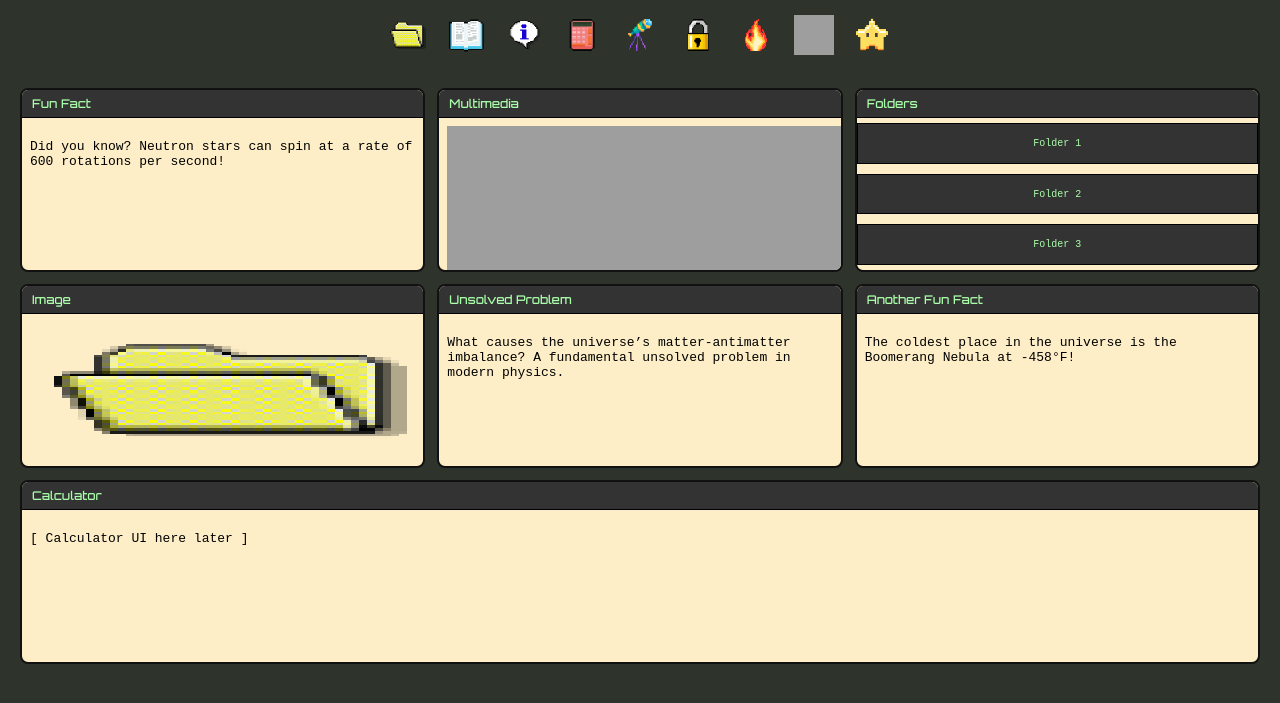
Repository: scarfer14/CCPHYS2L_Project
Page: /dashboard
The author's editor kept a copy of each file at every save. The page is drawn from the files as they stood at one save, then again after the next save.
The browser window is 1280 px wide. The pictures show the whole page.
Pictures or frames that could not be fetched are drawn as grey boxes. The project was rebuilt for these pictures with package versions that can differ from the ones it lists, and the page was loaded fresh each time. Also part of the build but not shown: vite.config.js, src/astartsc/start.jsx.

Above is the page before, as saved 2025-05-28 23:30:37.

### index.html
<!doctype html>
<html lang="en">
  <head>
    <meta charset="UTF-8" />
    <link rel="icon" type="image/svg+xml" href="/gal.png" />
    <meta name="viewport" content="width=device-width, initial-scale=1.0" />
    <title>Physics Blast</title>
  </head>
  <link href="https://fonts.googleapis.com/css2?family=Orbitron:wght@500&family=Press+Start+2P&display=swap" rel="stylesheet">
  <body>
    <div id="root"></div>
    <script type="module" src="/src/main.jsx"></script>
  </body>
</html>

### src/index.css
:root {
  font-family: 'Press Start 2P', monospace;
  background-color: #2e342b;
  margin: 0;
  padding: 0;
  box-sizing: border-box;
}

body, html {
  margin: 0;
  padding: 0;
  width: 100%;
  height: 100%;
}

### src/App.jsx
import React from 'react';
import { BrowserRouter as Router, Routes, Route } from 'react-router-dom';

import Start from './astartsc/start';
import Dash from './bdashsc/dashnavbar';
import Dashbody from './bdashsc/dashbody';

function Unlock() {
  return (
    <div>
      <Start />
    </div>
  );
}

function Dashboard() {
  return (
    <div>
      <Dash />
      <Dashbody />
    </div>
  );
}

function App() {
  return (
    <Router>
      <Routes>
        <Route path="/" element={<Unlock />} />
        <Route path="/unlock" element={<Unlock />} />
        <Route path="/dashboard" element={<Dashboard />} />
      </Routes>
    </Router>
  );
}

export default App;

### src/bdashsc/dashnavbar.jsx
import React from 'react';
import { useNavigate } from 'react-router-dom';
import './dashnavbar.css';

const icons = [
  'folder', 'book', 'email', 'calc', 'cat',
  'lock', 'fire', 'info', 'star'
];

export default function DashNavbar() {
  return (
    <div className="dash-navbar">
      {icons.map((icon, index) => (
        <button key={index} className="icon-button" title={icon}>
          <img src={`/assets/icons/${icon}.png`} alt={icon} />
        </button>
      ))}
    </div>
  );
}

### src/bdashsc/dashbody.jsx
import React from 'react';
import './dashbody.css';

export default function DashBody() {
  return (
    <div className="dashboard-content">

      <div className="tab fun-fact">
        <div className="tab-header">Fun Fact</div>
        <p>Did you know? Neutron stars can spin at a rate of 600 rotations per second!</p>
      </div>

      <div className="tab multimedia">
        <div className="tab-header">Multimedia</div>
        <iframe
          src="https://www.youtube.com/embed/pSHVbLPWA28"
          title="Physics Video"
          allowFullScreen
        ></iframe>
      </div>

      <div className="tab folders">
        <div className="tab-header">Folders</div>
        <button>Folder 1</button>
        <button>Folder 2</button>
        <button>Folder 3</button>
      </div>

      <div className="tab image">
        <div className="tab-header">Image</div>
        <img src="/assets/icons/folder.png" alt="Sample" />
      </div>

      <div className="tab physics-problem">
        <div className="tab-header">Unsolved Problem</div>
        <p>
          What causes the universe’s matter-antimatter imbalance? A fundamental unsolved problem in modern physics.
        </p>
      </div>

      <div className="tab fun-fact-2">
        <div className="tab-header">Another Fun Fact</div>
        <p>The coldest place in the universe is the Boomerang Nebula at -458°F!</p>
      </div>

      <div className="tab calculator">
        <div className="tab-header">Calculator</div>
        <p>[ Calculator UI here later ]</p>
      </div>

    </div>
  );
}

### src/astartsc/start.css
/* Import pixel font */
@import url('https://fonts.googleapis.com/css2?family=Press+Start+2P&display=swap');

body {
  margin: 0;
  background: #2e342b;
  font-family: 'Press Start 2P', monospace;
}

/* Fullscreen CRT screen */
.screen {
  width: 100vw;
  height: 100vh;
  background-color: #2e342b;
  padding: 40px; /* simulates the border spacing */
  display: flex;
  flex-direction: column;
  align-items: center;
  justify-content: center;
  box-shadow:
    0 0 60px 20px rgba(0, 0, 0, 0.6),         /* outer soft black glow */
    inset 0 0 200px rgba(0, 0, 0, 0.9),       /* deep vignette */
    inset 0 0 80px rgba(0, 0, 0, 0.7);        /* soft black inner edge */
  position: relative;
  text-align: center;
  box-sizing: border-box;
  overflow: hidden;
  border-radius: 12px; /* Optional CRT curve */
}

/* Text styling */
.welcome {
  color: #99ff99;
  margin-bottom: 10px;
  font-size: 20px;
  margin-bottom: 25px;
}

.title {
  color: #99ff99;
  font-size: 80px;
  line-height: 1.2;
  margin-bottom: 20px;
}

/* Retro button */
.unlock-btn {
  font-size: 15px;
  background-color: transparent;
  color: #aaffaa;
  border: 1px solid #aaffaa;
  padding: 6px 12px;
  cursor: pointer;
  margin-top: 100px;
  animation: blink 1s infinite alternate;
  font-family: 'Press Start 2P', monospace;
}

.unlock-btn:hover {
  background-color: #333;
}

@keyframes blink {
  from { opacity: 5; }
  to { opacity: 0.4; }
}

### src/bdashsc/dashnavbar.css
.dash-navbar {
  background-color: #2e342b;
  padding: 6px 10px;
  display: flex;
  justify-content: center; /* Centers the icons horizontally */
  gap: 10px;
  align-items: center;
}

.icon-button {
  background: transparent;
  border: transparent;
  padding: 4px;
  cursor: pointer;
  transition: transform 0.1s ease-in-out;
}

.icon-button:hover {
  transform: scale(1.1);
  filter: brightness(1.3);
}

.icon-button img {
  margin-top: 5px;
  width: 40px;
  height: 40px;
  image-rendering: pixelated; /* keeps pixel art look */
}

### src/bdashsc/dashbody.css

.dashboard-content {
  display: flex;
  flex-wrap: wrap;
  justify-content: center;
  padding: 20px;
  gap: 12px;

}

.tab {
  background-color: #fdeec7;
  border: 2px solid #111;
  color: #000000;
  font-family: monospace;
  padding: 0;
  flex: 1 1 28%;
  min-width: 250px;
  height: 180px;
  overflow: hidden;
  border-radius: 8px;
  display: flex;
  flex-direction: column;
}

.tab-header {
  background-color: #333;
  color: #aaffaa;
  padding: 6px 10px;
  font-size: 12px;
  border-bottom: 1px solid #000;
  font-family: 'Orbitron', sans-serif;
  text-align: left;
}

.tab > *:not(.tab-header) {
  flex: 1;
  padding: 8px;
  overflow: auto;
}

/* Tab-specific styles */
.multimedia iframe {
  width: 100%;
  height: 100%;
  border: none;
}

.folders button {
  display: block;
  margin: 5px 0;
  width: 100%;
  background: #333;
  border: 1px solid #000000;
  color: #aaffaa;
  padding: 6px;
  font-size: 10px;
  cursor: pointer;
  font-family: monospace;
}

.image img {
  width: 100%;
  height: auto;
  image-rendering: pixelated;
}

Loaded but not shown: src/main.jsx (common file)

After the next save:
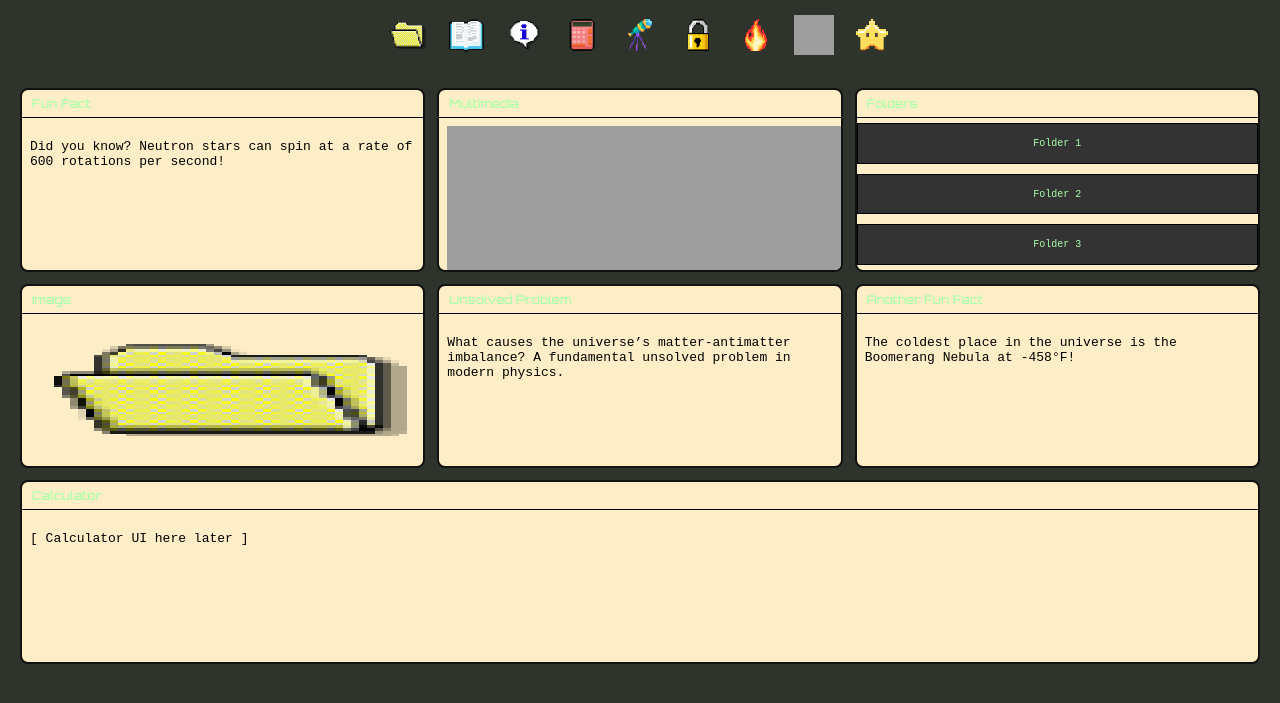
Saved 85 s later.
--- a/src/bdashsc/dashbody.css
+++ b/src/bdashsc/dashbody.css
@@ -24,7 +24,7 @@
 }
 
 .tab-header {
-  background-color: #333;
+  background-color: ##f4a1c8;
   color: #aaffaa;
   padding: 6px 10px;
   font-size: 12px;

After the 2 saves that followed:
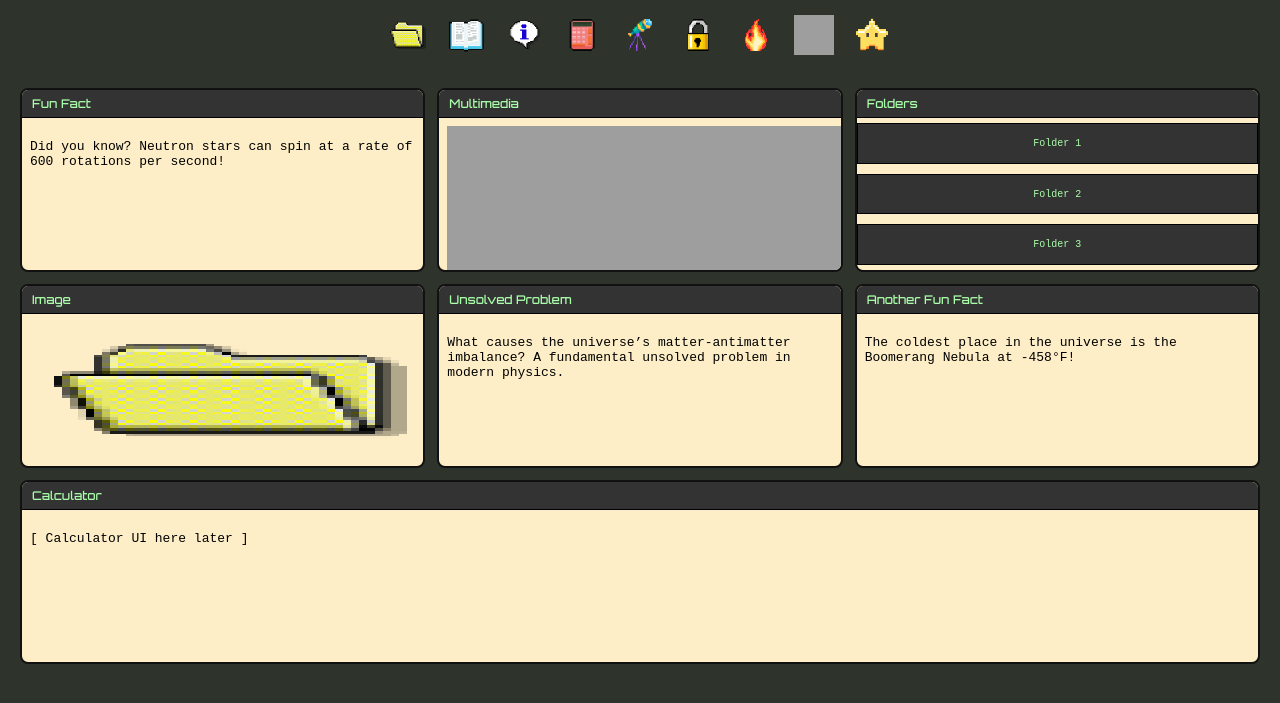
The 2 saves are shown as one change because they came seconds apart.
The last was saved 9 s later.
--- a/src/bdashsc/dashbody.css
+++ b/src/bdashsc/dashbody.css
@@ -24,7 +24,7 @@
 }
 
 .tab-header {
-  background-color: ##f4a1c8;
+  background-color: #333;
   color: #aaffaa;
   padding: 6px 10px;
   font-size: 12px;
